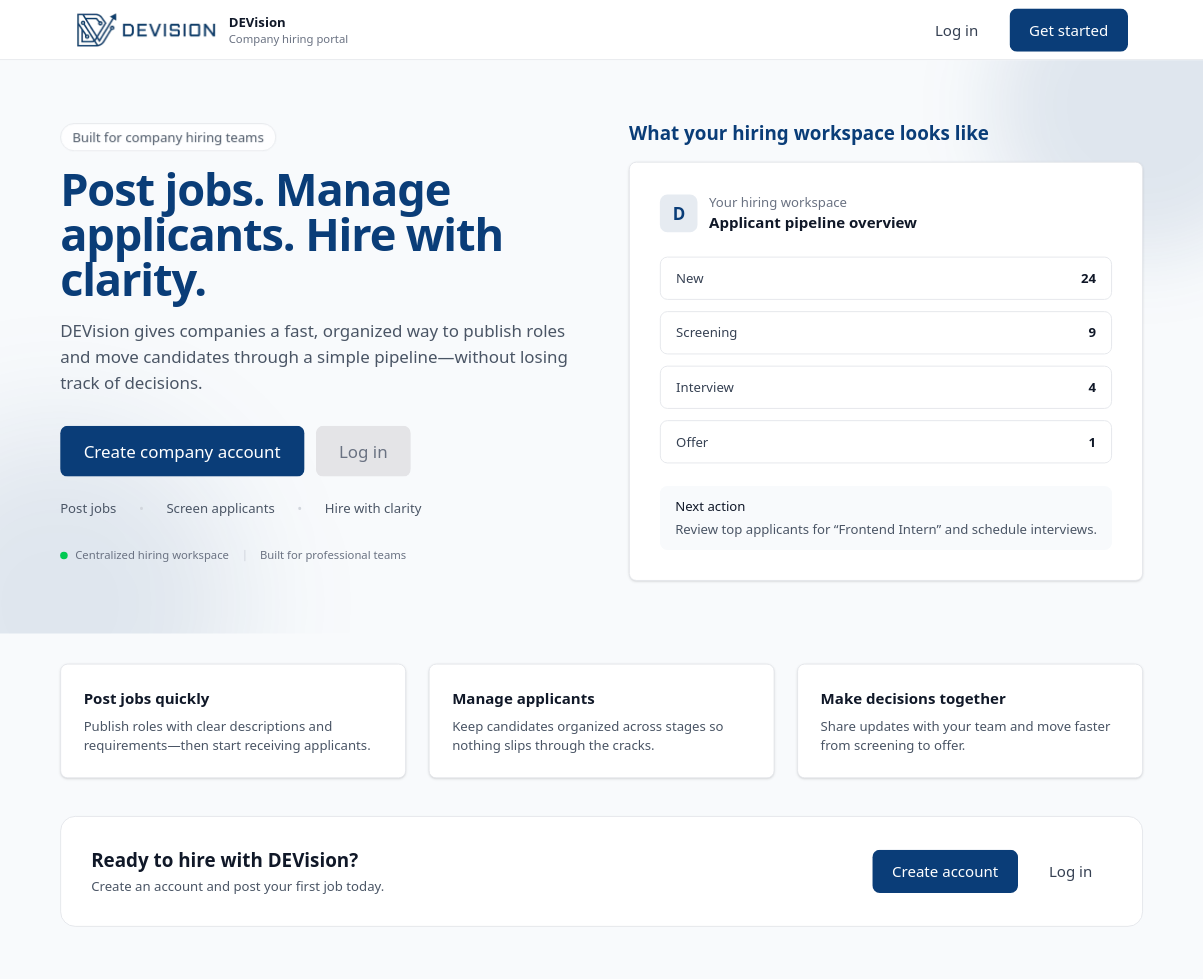
Repository: ISYS3461-2025C-Mulan-DEVision/JobManager_FE
Page: /
The author's editor kept a copy of each file at every save. The page is drawn from the files as they stood at one save, then again after the next save.
The browser window is 1280 px wide. The pictures show the whole page, at 94% of full size.
The project was rebuilt for these pictures with package versions that can differ from the ones it lists, and the page was loaded fresh each time. Also part of the build but not shown: vite.config.js, src/components/ui/Input/Input.tsx, src/components/ui/Spinner/Spinner.tsx, src/components/ui/Alert/Alert.tsx, src/components/ui/GoogleLogo/GoogleLogo.tsx, src/components/headless/Form/Form.tsx, src/components/headless/Form/index.ts, src/components/headless/Table/useTable.ts and 19 more.

Above is the page before, as saved 2025-12-12 16:51:59.

After the next save:
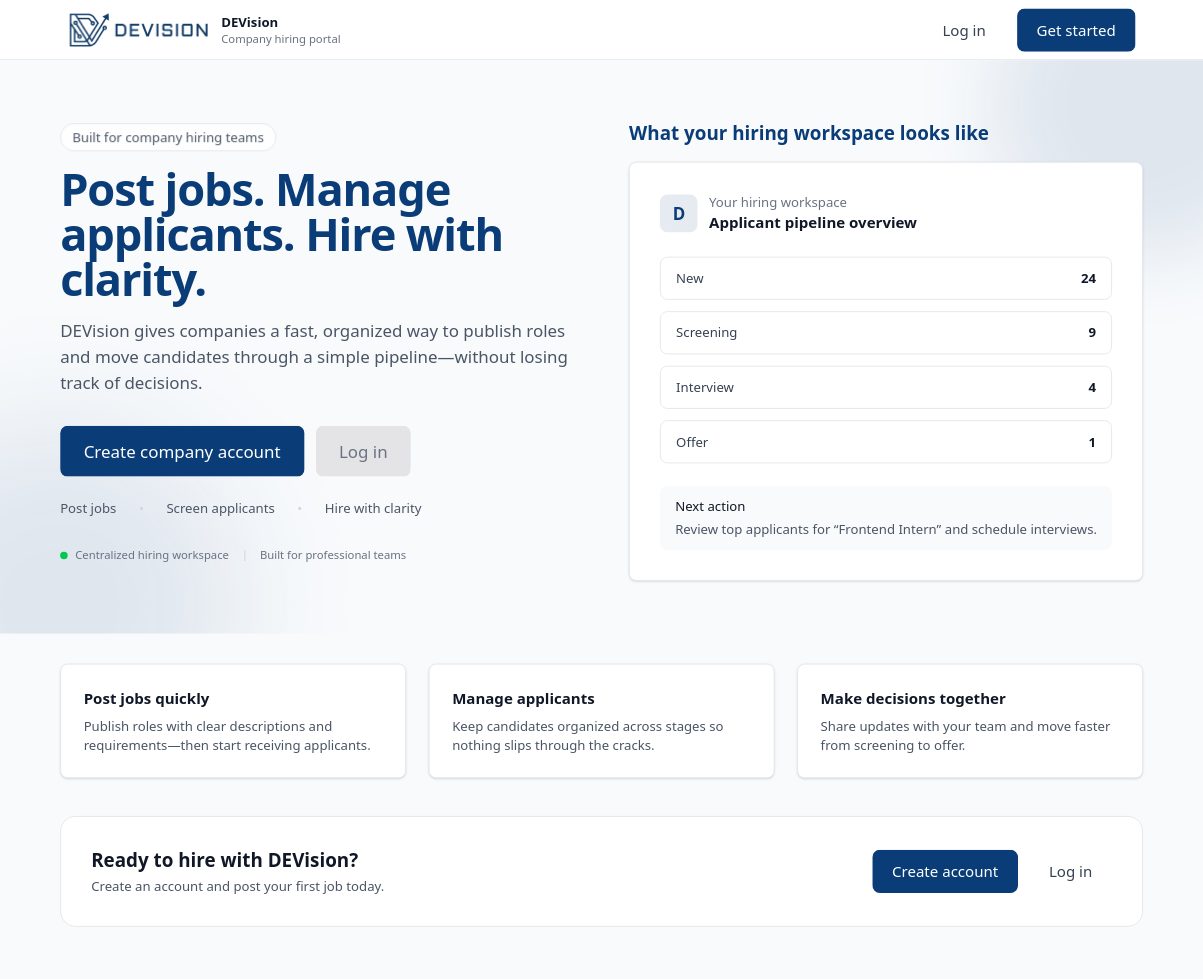
Saved 5 s later.
--- a/src/components/common/AppHeader.tsx
+++ b/src/components/common/AppHeader.tsx
@@ -15,7 +15,7 @@ export default function AppHeader({ className }: AppHeaderProps) {
     return (
         <header className={className ?? ""}>
             <div className="h-16 border-b border-gray-200 bg-white">
-                <div className="mx-auto flex h-full max-w-6xl items-center justify-between px-4">
+                <div className="mx-auto flex h-full max-w-6xl items-center justify-between px-2">
                     <Link to="/" className="flex items-center gap-3">
                         <img src="/logo/logo.png" alt="DEVision" className="h-9 w-auto" />
                         <div className="leading-tight">
